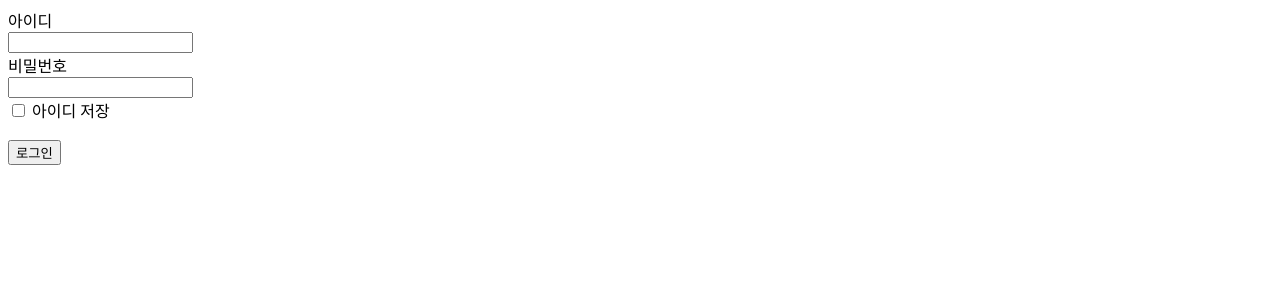
Repository: dnwpdud/WEB_CODES
Page: http://localhost/Web06_JSP_Servlet/ch16/practiceLogin.jsp
The author's editor kept a copy of each file at every save. The page is drawn from the files as they stood at one save, then again after the next save.
The browser window is 1280 px wide. The pictures show the whole page.
The page is served by Tomcat 9.

Above is the page before, as saved 2024-04-01 09:16:21.

After the next save:
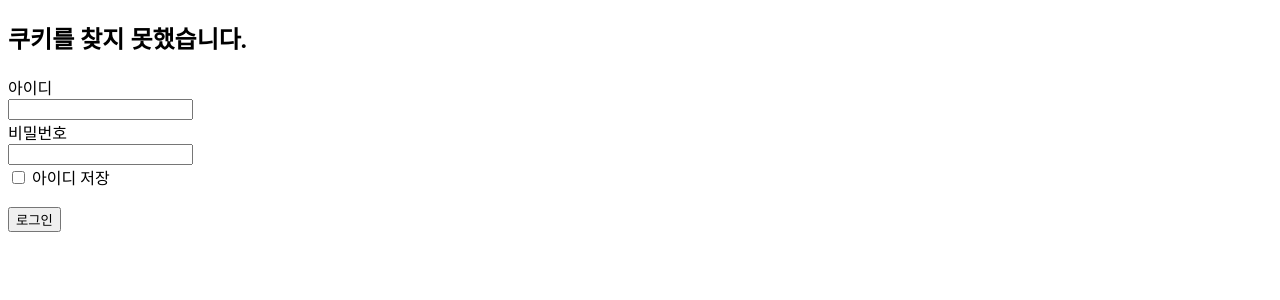
Saved 8 min 40 s later.
--- a/Web06_JSP_Servlet/src/main/webapp/ch16/practiceLogin.jsp
+++ b/Web06_JSP_Servlet/src/main/webapp/ch16/practiceLogin.jsp
@@ -10,6 +10,20 @@
 	<%
 		// 저장된 id, pw 쿠키를 꺼내서
 		// input 태그(id, pw)에 값 보여주기
+
+		Cookie[] cookies = request.getCookies();
+
+		if(cookies != null){// 쿠키가 존재하는 경우
+			out.print("<h2>모든 쿠키의 이름과 값 찾기</h2>");
+			for(Cookie cookie : cookies){
+				out.println("name : " + cookie.getName() + "<br>");
+				out.println("value : " + cookie.getValue() + "<br>");
+				out.println(cookie.getComment() + "<br>");
+			}
+		} else {
+			out.println("<h2> 쿠키를 찾지 못했습니다.</h2>");
+		}
+
 	%>
 	<form action="practiceResult.jsp" method="post">
 
